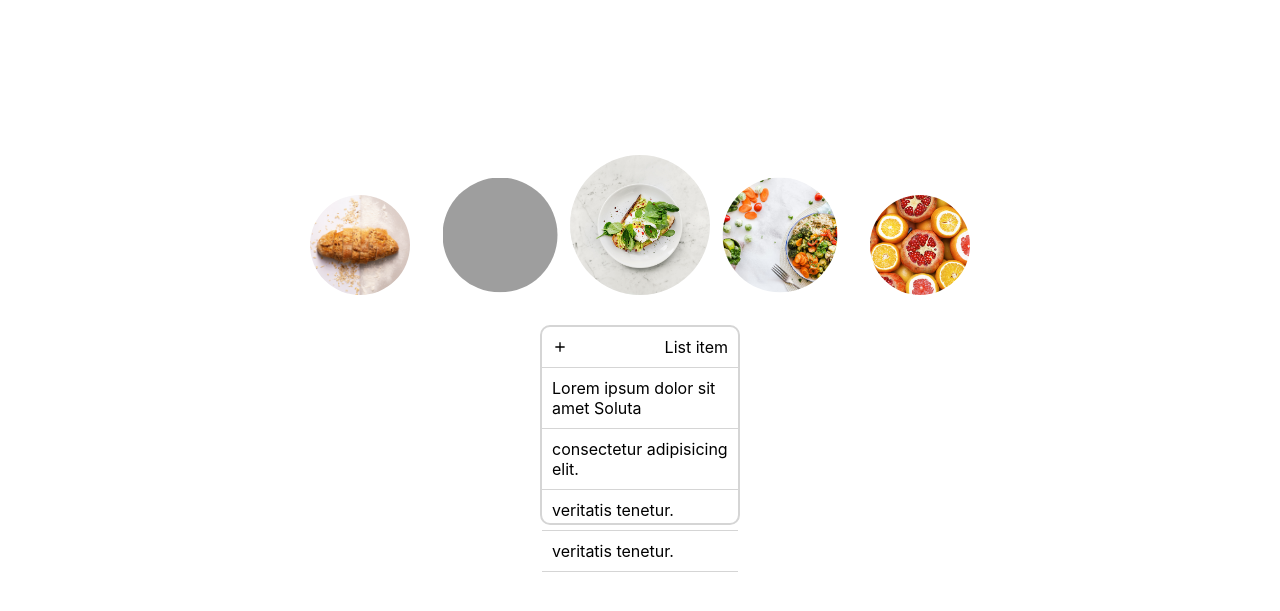
Repository: nambui98/slider
Page: /
An editor plug-in stored every save of this project. The page is shown before and after the next save, followed by the edit.
The browser window is 1280 px wide. The pictures show the whole page.
Pictures or frames that could not be fetched are drawn as grey boxes. The project was rebuilt for these pictures with package versions that can differ from the ones it lists, and the page was loaded fresh each time. Also part of the build but not shown: vite.config.ts.

Above is the page before, as saved 2022-04-12 14:22:21.

### src/App.tsx
import { useState } from 'react'
import Horizolsider from './components/horizolslider/Horizolsider'
import logo from './logo.svg'
import './App.css'
import "slick-carousel/slick/slick.css";
import "slick-carousel/slick/slick-theme.css";
import image1 from './assets/images/pexels-daria-shevtsova-1095550.jpg'
import styled from 'styled-components';

function App() {
  const [count, setCount] = useState(0)
  const Item = styled.div`
    /* height: 150px; */
    margin-top: 50px;
    transition: all .3s;
    position: relative;
    img{
        object-fit: cover;
        margin: 0 auto;
        /* width: 100px;
        height: 100px; */
        width: 100px;
        height: 100px;
        border-radius: 50%;
        transition: all .3s;
    }
    /* .info{
        position: absolute;
    } */
    &.active{
        /* width: 150px;
        height: 100px; */
        /* height: 200px; */
        margin-top: 30px;
        img{

            /* width: 100%; */
            transform: scale(1.4)
        }
        .info{
            visibility: visible;
            transform: translateY(0px);
        }
    }
    &.near{
        /* width: 150px;
        height: 100px; */
        /* height: 200px; */
        margin-top: 40px;
        img{

            /* width: 100%; */
            transform: scale(1.15)
        }


    }
`
  return (
    <div className="App">
      <Horizolsider>
        {/* <ul>

          {

            [...Array(10).keys()].map((i, index) =>
              <li>

                <Item>
                  <img src={image1} alt="" />

                  <div className={`info `}>info
                  </div>
                </Item>
              </li>

            )
          }
        </ul> */}
      </Horizolsider>
    </div>
  )
}

export default App

### src/components/horizolslider/Horizolsider.tsx
import React, { useEffect, useRef, useState } from 'react'
import styled from 'styled-components'
import Slider from "react-slick";
import image1 from '../../assets/images/pexels-daria-shevtsova-1095550.jpg'
import image2 from '../../assets/images/pexels-ella-olsson-1640777.jpg'
import image3 from '../../assets/images/pexels-engin-akyurt-1435735.jpg'
import image4 from '../../assets/images/pexels-lisa-fotios-1279330.jpg'
import image5 from '../../assets/images/pexels-mariana-kurnyk-1775043.jpg'
import image6 from '../../assets/images/pexels-tijana-drndarski-3338681.jpg'

import { BiBasket, BiPlus } from "react-icons/bi";
type Props = {
    children: any
}
const listItem = [
    {
        id: 1,
        image: image1,
        info: [
            "Lorem ipsum dolor sit amet Soluta",
            "consectetur adipisicing elit. ",
            "veritatis tenetur.",
            "veritatis tenetur."
        ],
    },
    {
        id: 2,
        image: image2,
        info: [
            "1",
            "2"
        ],
    },
    {
        id: 3,
        image: image3,
        info: [
            "1",
            "2"
        ],
    },
    {
        id: 4,
        image: image4,
        info: [
            "1",
            "2"
        ],
    },
    {
        id: 5,
        image: image5,
        info: [
            "1",
            "2"
        ],
    }
    , {
        id: 6,
        image: image6,
        info: [
            "1",
            "2"
        ],
    }
]
const Wrapper = styled.div`
    width: 700px;

`
const Item = styled.div`
    /* height: 150px; */
    margin-top: 50px;
    transition: all .3s;
    position: relative;
    cursor: pointer;
    img{
        object-fit: cover;
        margin: 0 auto;
        /* width: 100px;
        height: 100px; */
        width: 100px;
        height: 100px;
        border-radius: 50%;
        transition: all .3s;
    }
    .info{
        width: 200px;
        border: 2px solid #d5d5d5;
        border-radius: 10px;
        height: 200px;
        transition: transform 1000s;
        visibility: hidden;
        margin-top: 50px;
        margin-left: -30px;
        ul{
            list-style: none;
            overflow-y: scroll;
            p{
                padding: 10px;
            }
            li{
                padding: 10px;
                border-bottom: 1px solid #d5d5d5;
            }
        }
        &__title{
            display: flex;
            justify-content: space-between;
            align-items: center;
            padding: 10px;
            border-bottom: 1px solid #d5d5d5;
        }
    }
    &.active{
        margin-top: 30px;
        img{
            transform: scale(1.4)
        }
        .info{
            visibility: visible;
            transform: translateY(0px);
        }
    }
    &.near{
        margin-top: 40px;
        img{
            transform: scale(1.15)
        }


    }
`
const Horizolsider = (props: Props) => {
    const [activeIndex, setActiveIndex] = useState<number>(0);
    const [activeIndex2, setActiveIndex2] = useState<number>(0);
    const settings = {
        className: "listItem",
        dots: false,
        infinite: true,
        speed: 500,
        slidesToShow: 5,
        slidesToScroll: 1,
        centerMode: true,
        focusOnSelect: true,
        centerPadding: '0px',
        beforeChange: (current: any, next: any) => {
            setActiveIndex(next)
        },
    };

    return (
        <div style={{ display: "flex", height: "100vh", flexDirection: "column", justifyContent: "center", alignItems: "center" }}>
            <Wrapper>
                <Slider {...settings}>
                    {
                        listItem.map((item, index) =>
                            <Item className={`${index === activeIndex ? "active" : (activeIndex - index) === 1 || (index - activeIndex) === 1 || (index - activeIndex) + 1 === listItem.length || (index - activeIndex) === -(listItem.length - 1) ? "near" : ""}`}>
                                <img src={item.image} alt="" />

                                <div className={`info ${activeIndex === index && "active"}`}>
                                    <div className='info__title'><BiPlus /> List item</div>
                                    <ul>
                                        {
                                            item.info.map(i => <li>
                                                {i}
                                            </li>)
                                        }

                                    </ul>
                                </div>
                            </Item>
                        )
                    }
                </Slider>
            </Wrapper>
        </div >
    )
}
export default Horizolsider

### src/App.css
*{
  padding: 0;
  margin: 0;
  box-sizing: border-box;
}


/* ul{
  display: flex;
  justify-content: start;
  width: 700px;
  overflow-x: scroll;
  list-style: none;
}
ul li{
  width: 20%;
} */

Loaded but not shown: index.html (common file); src/main.tsx (common file); src/index.css (common file)

After the next save:
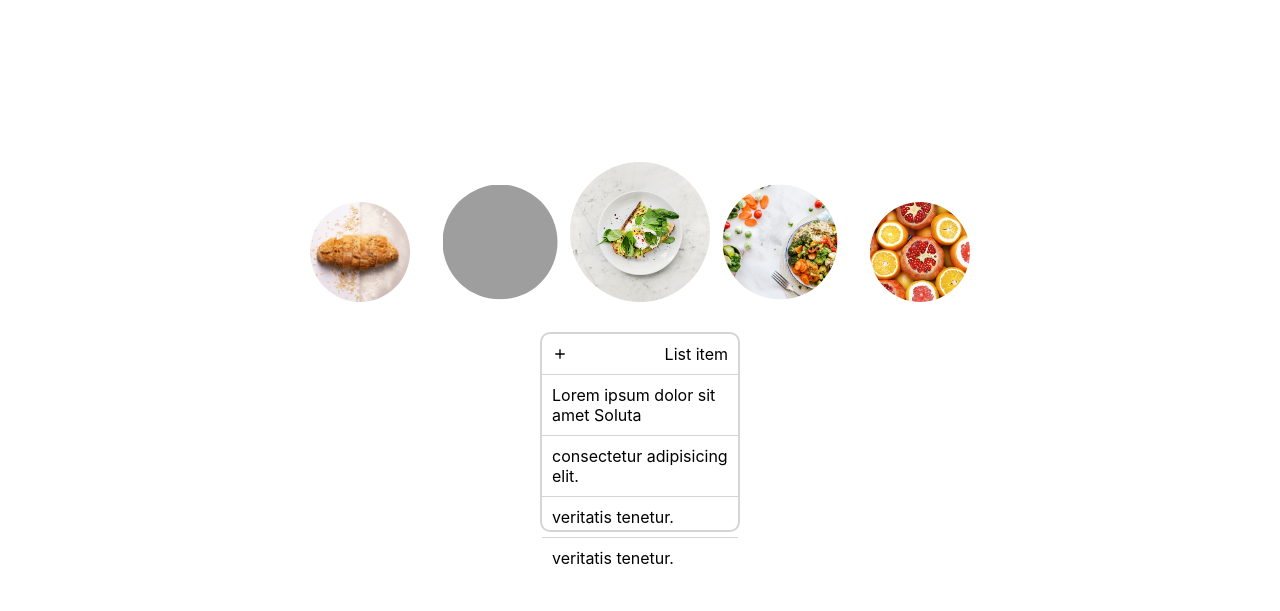
Saved 12 s later.
--- a/src/components/horizolslider/Horizolsider.tsx
+++ b/src/components/horizolslider/Horizolsider.tsx
@@ -95,7 +95,6 @@ const Item = styled.div`
         margin-left: -30px;
         ul{
             list-style: none;
-            overflow-y: scroll;
             p{
                 padding: 10px;
             }
